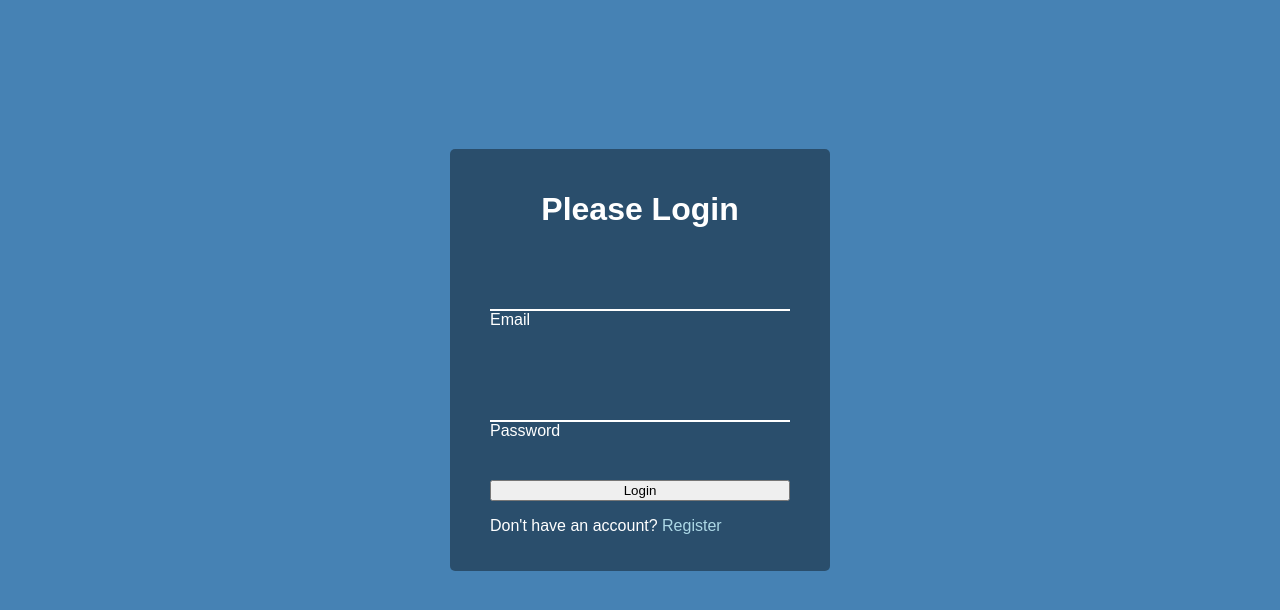
Repository: thecoachanna/form-animation
Page: index.html
These files come from the project's save history. The page is drawn as it stood at one moment and after the next save; the edit follows.
The browser window is 1280 px wide. The pictures show the whole page.
Some web fonts or font styles are not loaded; a fallback is used.

Above is the page before, as saved 2023-02-26 09:59:30.

After the next save:
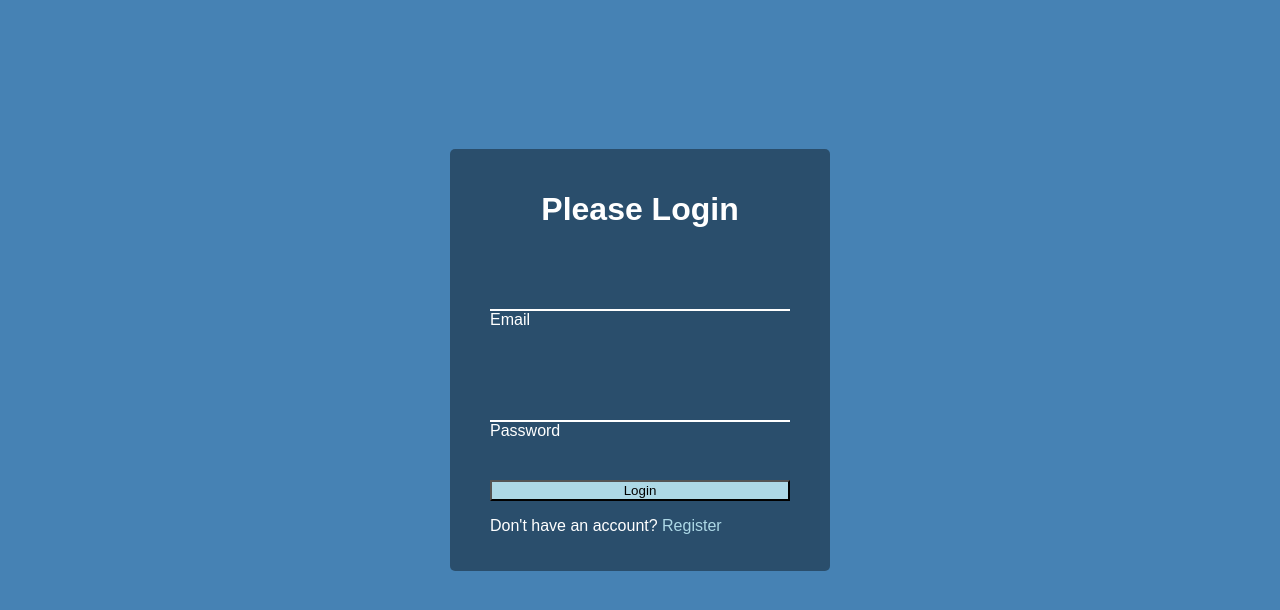
Saved 5 s later.
--- a/style.css
+++ b/style.css
@@ -38,7 +38,8 @@ body {
     cursor: pointer;
     display: inline-block;
     width: 100%;
-    back
+    background-color: lightblue;
+
 }
 
 .form-control {
